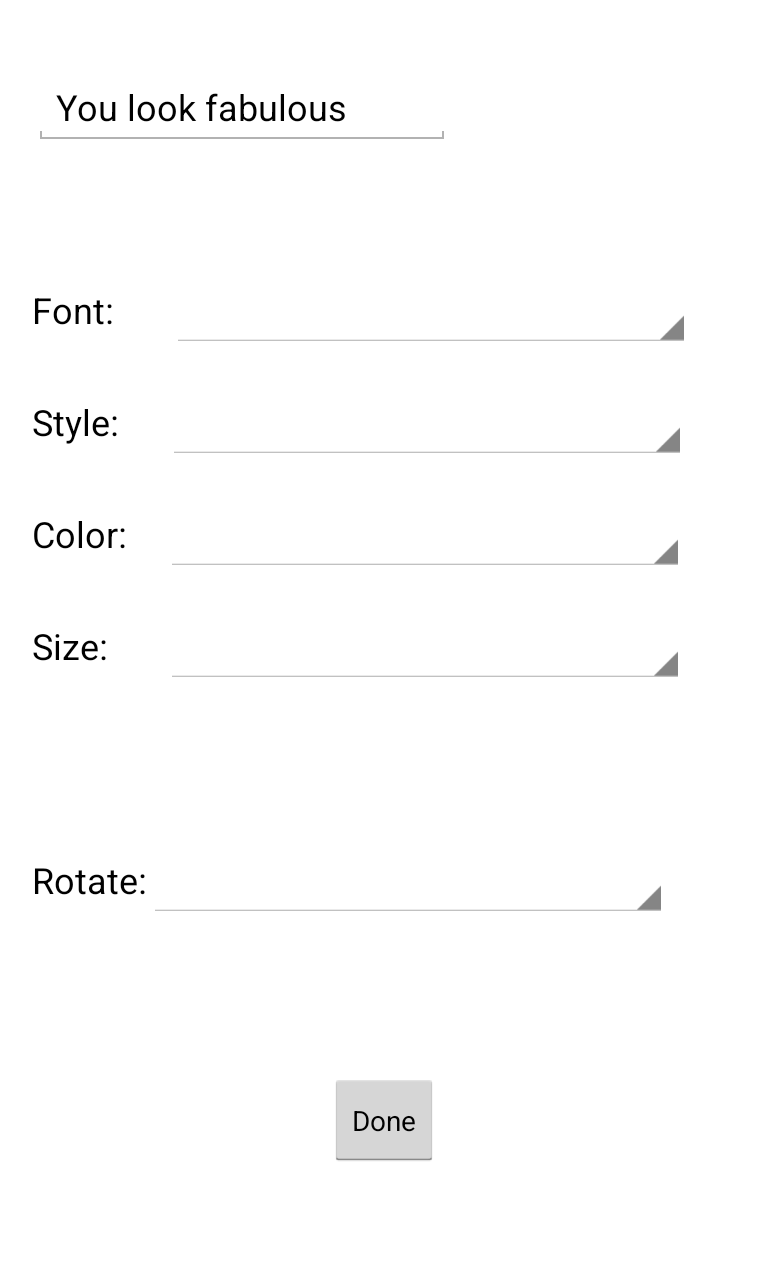
Repository: rtyanas/MyPics
Layout: workspace/MyPic/res/layout/activity_settings.xml
The author's editor kept a copy of each file at every save. The layout is drawn from the files as they stood at one save, then again after the next save.
It is drawn on a 768 x 1280 px phone screen (xhdpi) without system bars, with theme AppTheme; the app's code is not run.

Above is the layout before, as saved 2013-12-17 19:54:51.

After the next save:
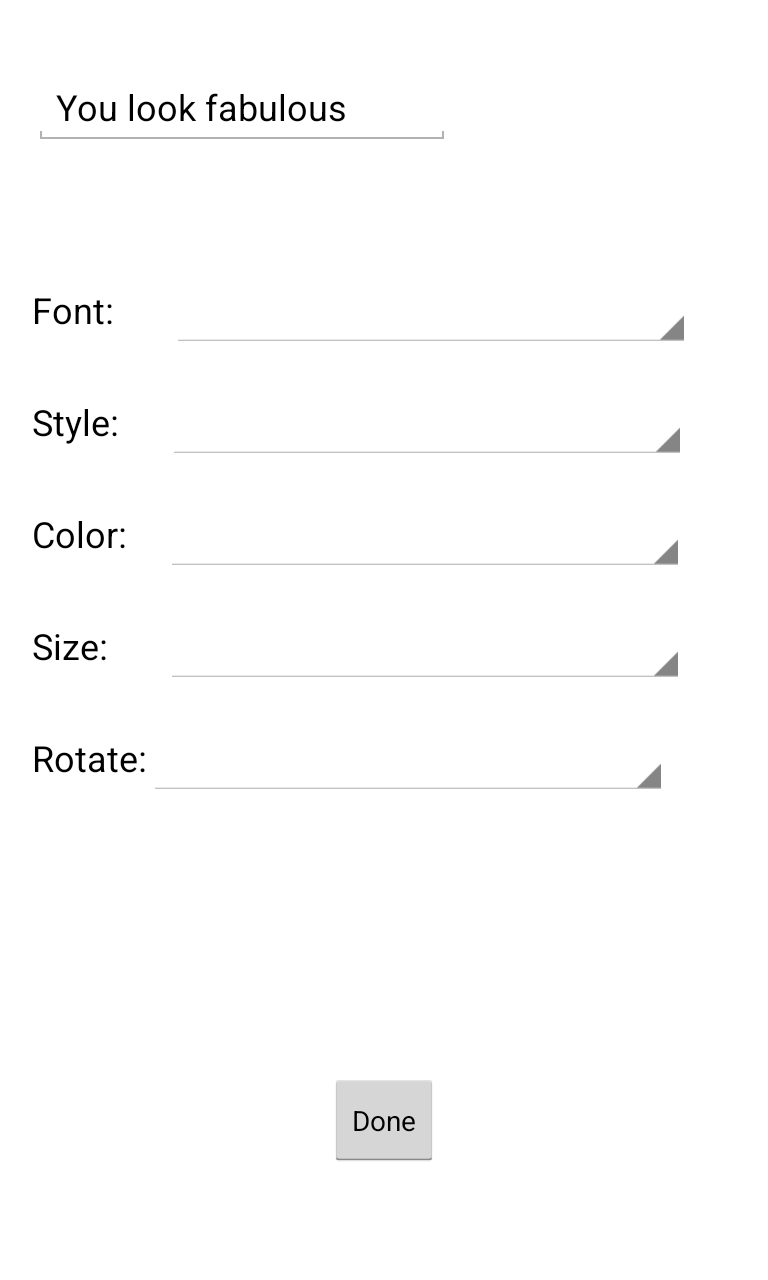
Saved 2 min 36 s later.
--- a/workspace/MyPic/res/layout/activity_settings.xml
+++ b/workspace/MyPic/res/layout/activity_settings.xml
@@ -112,7 +112,6 @@
             android:id="@+id/size"
             android:layout_width="261dp"
             android:layout_height="wrap_content"
-            android:layout_marginBottom="61dp"
             android:layout_weight="1"  />
     </LinearLayout>
 
